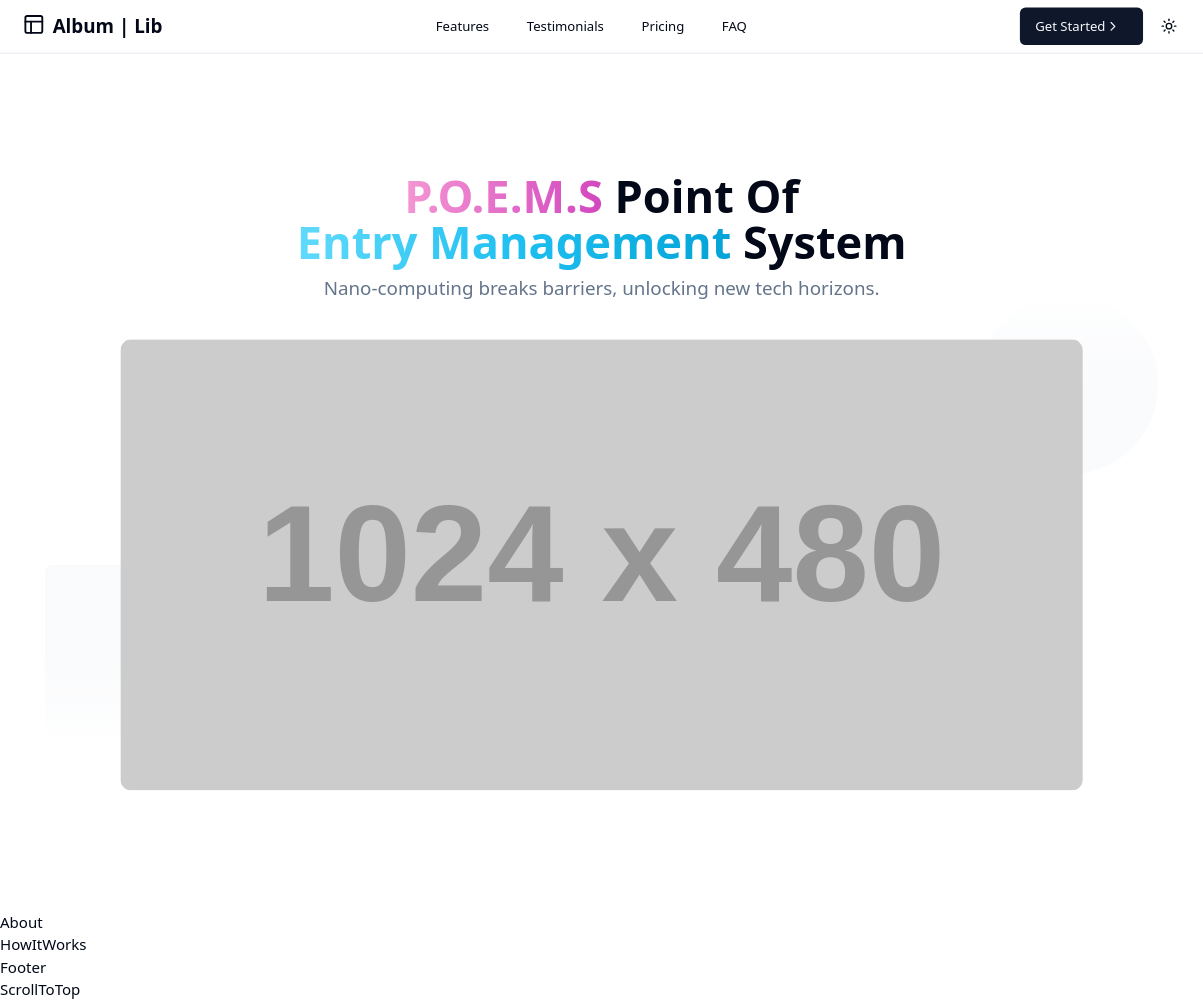
Repository: DevLaukey/savannah-informatics-test
Page: /
An editor plug-in stored every save of this project. The page is shown before and after the next save, followed by the edit.
The browser window is 1280 px wide. The pictures show the whole page, at 94% of full size.
The project was rebuilt for these pictures with package versions that can differ from the ones it lists, and the page was loaded fresh each time. The framework's server and built-in components were replaced by stand-ins that run in the browser. Also part of the build but not shown: next.config.mjs.

Above is the page before, as saved 2024-06-04 22:15:45.

### app/layout.jsx
import "./globals.css";
import { Inter as FontSans } from "next/font/google";

import { cn } from "@/lib/utils";
import { ThemeProvider } from "@/lib/theme-provider";

const fontSans = FontSans({
  subsets: ["latin"],
  variable: "--font-sans",
});

export default function RootLayout({ children }) {
  return (
    <html lang="en" suppressHydrationWarning>
      <head />
      <body
        className={cn(
          "min-h-screen bg-background font-sans antialiased",
          fontSans.variable
        )}
      >
        <ThemeProvider
          attribute="class"
          defaultTheme="system"
          enableSystem
          disableTransitionOnChange
        >
          {children}
        </ThemeProvider>
      </body>
    </html>
  );
}

### app/page.jsx
import Footer from "@/components/Footer";
import About from "@/components/landing-page/About";
import Hero from "@/components/landing-page/Hero";
import HowItWorks from "@/components/landing-page/HowItWorks";
import Navbar from "@/components/Navbar";
import ScrollToTop from "@/components/ScrollToTop";


// this is the landing page
export default function Home() {
  return (
    <>
      <Navbar />
      <Hero />
      <About />
      <HowItWorks />
      <Footer />
      <ScrollToTop />
    </>
  );
}

### components/landing-page/Hero.jsx

const Hero = () => {
  return (
    <>
      {/* Hero */}
      <div className="relative overflow-hidden py-24 lg:py-32">
        <div className="container">
          <div className="max-w-2xl text-center mx-auto">
            <main className="text-3xl md:text-5xl font-bold">
              <h1 className="inline-block">
                <span className="inline bg-gradient-to-r from-[#F596D3] to-[#D247BF] text-transparent bg-clip-text">
                  P.O.E.M.S
                </span>{" "}
                Point
              </h1>{" "}
              Of{" "}
              <h2 className="inline-block">
                <span className="inline bg-gradient-to-r from-[#61DAFB] via-[#1fc0f1] to-[#03a3d7] text-transparent bg-clip-text">
                  Entry Management
                </span>{" "}
                System
              </h2>
            </main>

            <p className="mt-3 text-xl text-muted-foreground">
              Nano-computing breaks barriers, unlocking new tech horizons.
            </p>
          </div>
          <div className="mt-10 relative max-w-5xl mx-auto">
            <img
              src="https://placehold.co/1024x480"
              className="rounded-xl"
              alt="Image Description"
            />
            <div className="absolute bottom-12 -start-20 -z-[1] w-48 h-48 bg-gradient-to-b from-primary-foreground via-primary-foreground to-background p-px rounded-lg">
              <div className="w-48 h-48 rounded-lg bg-background/10" />
            </div>
            <div className="absolute -top-12 -end-20 -z-[1] w-48 h-48 bg-gradient-to-t from-primary-foreground via-primary-foreground to-background p-px rounded-full">
              <div className="w-48 h-48 rounded-full bg-background/10" />
            </div>
          </div>
        </div>
      </div>
      {/* End Hero */}
    </>
  );
};

export default Hero;

### components/landing-page/HowItWorks.jsx
import React from 'react'

function HowItWorks() {
  return (
    <div>HowItWorks</div>
  )
}

export default HowItWorks

### components/Navbar.jsx
"use client";
import React, { useState } from "react";
import {
  NavigationMenu,
  NavigationMenuItem,
  NavigationMenuList,
} from "@/components/ui/navigation-menu";
import {
  Sheet,
  SheetContent,
  SheetHeader,
  SheetTitle,
  SheetTrigger,
} from "@/components/ui/sheet";
import { Button, buttonVariants } from "./ui/button";
import { ChevronRight, Menu } from "lucide-react";
import ModeToggle from "./mode-toggle";
import { LogoIcon } from "./Icons";

const routeList = [
  {
    href: "#features",
    label: "Features",
  },
  {
    href: "#testimonials",
    label: "Testimonials",
  },
  {
    href: "#pricing",
    label: "Pricing",
  },
  {
    href: "#faq",
    label: "FAQ",
  },
];

const Navbar = () => {
  const [isOpen, setIsOpen] = useState(false);
  return (
    <header className="sticky border-b-[1px] top-0 z-40 w-full bg-white dark:border-b-slate-700 dark:bg-background">
      <NavigationMenu className="mx-auto">
        <NavigationMenuList className="container h-14 px-4 w-screen flex justify-between">
          <NavigationMenuItem className="font-bold flex">
            <a
              rel="noreferrer noopener"
              href="/"
              className="ml-2 font-bold text-xl flex"
            >
              <LogoIcon />
              Album | Lib
            </a>
          </NavigationMenuItem>

          {/* mobile */}
          <span className="flex md:hidden">
            <ModeToggle />

            <Sheet open={isOpen} onOpenChange={setIsOpen}>
              <SheetTrigger className="px-2">
                <Menu
                  className="flex md:hidden h-5 w-5"
                  onClick={() => setIsOpen(true)}
                >
                  <span className="sr-only">Menu Icon</span>
                </Menu>
              </SheetTrigger>

              <SheetContent side={"left"}>
                <SheetHeader>
                  <SheetTitle className="font-bold text-xl">
                    Shadcn/React
                  </SheetTitle>
                </SheetHeader>
                <nav className="flex flex-col justify-center items-center gap-2 mt-4">
                  {routeList.map(({ href, label }) => (
                    <a
                      rel="noreferrer noopener"
                      key={label}
                      href={href}
                      onClick={() => setIsOpen(false)}
                      className={buttonVariants({ variant: "ghost" })}
                    >
                      {label}
                    </a>
                  ))}
                  <Button>
                    Get Started
                    <ChevronRight className="mr-2 h-4 w-4" />
                  </Button>
                </nav>
              </SheetContent>
            </Sheet>
          </span>

          {/* desktop */}
          <nav className="hidden md:flex gap-2">
            {routeList.map((route, i) => (
              <a
                rel="noreferrer noopener"
                href={route.href}
                key={i}
                className={`text-[17px] ${buttonVariants({
                  variant: "ghost",
                })}`}
              >
                {route.label}
              </a>
            ))}
          </nav>

          <div className="hidden md:flex gap-2">
            <Button>
              Get Started
              <ChevronRight className="mr-2 h-4 w-4" />
            </Button>
            <ModeToggle />
          </div>
        </NavigationMenuList>
      </NavigationMenu>
    </header>
  );
};
export default Navbar;

### components/ScrollToTop.jsx
import React from 'react'

function ScrollToTop() {
  return (
    <div>ScrollToTop</div>
  )
}

export default ScrollToTop

### components/ui/navigation-menu.jsx
import * as React from "react"
import * as NavigationMenuPrimitive from "@radix-ui/react-navigation-menu"
import { cva } from "class-variance-authority"
import { ChevronDown } from "lucide-react"

import { cn } from "@/lib/utils"

const NavigationMenu = React.forwardRef(({ className, children, ...props }, ref) => (
  <NavigationMenuPrimitive.Root
    ref={ref}
    className={cn(
      "relative z-10 flex max-w-max flex-1 items-center justify-center",
      className
    )}
    {...props}>
    {children}
    <NavigationMenuViewport />
  </NavigationMenuPrimitive.Root>
))
NavigationMenu.displayName = NavigationMenuPrimitive.Root.displayName

const NavigationMenuList = React.forwardRef(({ className, ...props }, ref) => (
  <NavigationMenuPrimitive.List
    ref={ref}
    className={cn(
      "group flex flex-1 list-none items-center justify-center space-x-1",
      className
    )}
    {...props} />
))
NavigationMenuList.displayName = NavigationMenuPrimitive.List.displayName

const NavigationMenuItem = NavigationMenuPrimitive.Item

const navigationMenuTriggerStyle = cva(
  "group inline-flex h-10 w-max items-center justify-center rounded-md bg-background px-4 py-2 text-sm font-medium transition-colors hover:bg-accent hover:text-accent-foreground focus:bg-accent focus:text-accent-foreground focus:outline-none disabled:pointer-events-none disabled:opacity-50 data-[active]:bg-accent/50 data-[state=open]:bg-accent/50"
)

const NavigationMenuTrigger = React.forwardRef(({ className, children, ...props }, ref) => (
  <NavigationMenuPrimitive.Trigger
    ref={ref}
    className={cn(navigationMenuTriggerStyle(), "group", className)}
    {...props}>
    {children}{" "}
    <ChevronDown
      className="relative top-[1px] ml-1 h-3 w-3 transition duration-200 group-data-[state=open]:rotate-180"
      aria-hidden="true" />
  </NavigationMenuPrimitive.Trigger>
))
NavigationMenuTrigger.displayName = NavigationMenuPrimitive.Trigger.displayName

const NavigationMenuContent = React.forwardRef(({ className, ...props }, ref) => (
  <NavigationMenuPrimitive.Content
    ref={ref}
    className={cn(
      "left-0 top-0 w-full data-[motion^=from-]:animate-in data-[motion^=to-]:animate-out data-[motion^=from-]:fade-in data-[motion^=to-]:fade-out data-[motion=from-end]:slide-in-from-right-52 data-[motion=from-start]:slide-in-from-left-52 data-[motion=to-end]:slide-out-to-right-52 data-[motion=to-start]:slide-out-to-left-52 md:absolute md:w-auto ",
      className
    )}
    {...props} />
))
NavigationMenuContent.displayName = NavigationMenuPrimitive.Content.displayName

const NavigationMenuLink = NavigationMenuPrimitive.Link

const NavigationMenuViewport = React.forwardRef(({ className, ...props }, ref) => (
  <div className={cn("absolute left-0 top-full flex justify-center")}>
    <NavigationMenuPrimitive.Viewport
      className={cn(
        "origin-top-center relative mt-1.5 h-[var(--radix-navigation-menu-viewport-height)] w-full overflow-hidden rounded-md border bg-popover text-popover-foreground shadow-lg data-[state=open]:animate-in data-[state=closed]:animate-out data-[state=closed]:zoom-out-95 data-[state=open]:zoom-in-90 md:w-[var(--radix-navigation-menu-viewport-width)]",
        className
      )}
      ref={ref}
      {...props} />
  </div>
))
NavigationMenuViewport.displayName =
  NavigationMenuPrimitive.Viewport.displayName

const NavigationMenuIndicator = React.forwardRef(({ className, ...props }, ref) => (
  <NavigationMenuPrimitive.Indicator
    ref={ref}
    className={cn(
      "top-full z-[1] flex h-1.5 items-end justify-center overflow-hidden data-[state=visible]:animate-in data-[state=hidden]:animate-out data-[state=hidden]:fade-out data-[state=visible]:fade-in",
      className
    )}
    {...props}>
    <div
      className="relative top-[60%] h-2 w-2 rotate-45 rounded-tl-sm bg-border shadow-md" />
  </NavigationMenuPrimitive.Indicator>
))
NavigationMenuIndicator.displayName =
  NavigationMenuPrimitive.Indicator.displayName

export {
  navigationMenuTriggerStyle,
  NavigationMenu,
  NavigationMenuList,
  NavigationMenuItem,
  NavigationMenuContent,
  NavigationMenuTrigger,
  NavigationMenuLink,
  NavigationMenuIndicator,
  NavigationMenuViewport,
}

### components/ui/sheet.jsx
"use client";
import * as React from "react"
import * as SheetPrimitive from "@radix-ui/react-dialog"
import { cva } from "class-variance-authority";
import { X } from "lucide-react"

import { cn } from "@/lib/utils"

const Sheet = SheetPrimitive.Root

const SheetTrigger = SheetPrimitive.Trigger

const SheetClose = SheetPrimitive.Close

const SheetPortal = SheetPrimitive.Portal

const SheetOverlay = React.forwardRef(({ className, ...props }, ref) => (
  <SheetPrimitive.Overlay
    className={cn(
      "fixed inset-0 z-50 bg-black/80  data-[state=open]:animate-in data-[state=closed]:animate-out data-[state=closed]:fade-out-0 data-[state=open]:fade-in-0",
      className
    )}
    {...props}
    ref={ref} />
))
SheetOverlay.displayName = SheetPrimitive.Overlay.displayName

const sheetVariants = cva(
  "fixed z-50 gap-4 bg-background p-6 shadow-lg transition ease-in-out data-[state=open]:animate-in data-[state=closed]:animate-out data-[state=closed]:duration-300 data-[state=open]:duration-500",
  {
    variants: {
      side: {
        top: "inset-x-0 top-0 border-b data-[state=closed]:slide-out-to-top data-[state=open]:slide-in-from-top",
        bottom:
          "inset-x-0 bottom-0 border-t data-[state=closed]:slide-out-to-bottom data-[state=open]:slide-in-from-bottom",
        left: "inset-y-0 left-0 h-full w-3/4 border-r data-[state=closed]:slide-out-to-left data-[state=open]:slide-in-from-left sm:max-w-sm",
        right:
          "inset-y-0 right-0 h-full w-3/4  border-l data-[state=closed]:slide-out-to-right data-[state=open]:slide-in-from-right sm:max-w-sm",
      },
    },
    defaultVariants: {
      side: "right",
    },
  }
)

const SheetContent = React.forwardRef(({ side = "right", className, children, ...props }, ref) => (
  <SheetPortal>
    <SheetOverlay />
    <SheetPrimitive.Content ref={ref} className={cn(sheetVariants({ side }), className)} {...props}>
      {children}
      <SheetPrimitive.Close
        className="absolute right-4 top-4 rounded-sm opacity-70 ring-offset-background transition-opacity hover:opacity-100 focus:outline-none focus:ring-2 focus:ring-ring focus:ring-offset-2 disabled:pointer-events-none data-[state=open]:bg-secondary">
        <X className="h-4 w-4" />
        <span className="sr-only">Close</span>
      </SheetPrimitive.Close>
    </SheetPrimitive.Content>
  </SheetPortal>
))
SheetContent.displayName = SheetPrimitive.Content.displayName

const SheetHeader = ({
  className,
  ...props
}) => (
  <div
    className={cn("flex flex-col space-y-2 text-center sm:text-left", className)}
    {...props} />
)
SheetHeader.displayName = "SheetHeader"

const SheetFooter = ({
  className,
  ...props
}) => (
  <div
    className={cn("flex flex-col-reverse sm:flex-row sm:justify-end sm:space-x-2", className)}
    {...props} />
)
SheetFooter.displayName = "SheetFooter"

const SheetTitle = React.forwardRef(({ className, ...props }, ref) => (
  <SheetPrimitive.Title
    ref={ref}
    className={cn("text-lg font-semibold text-foreground", className)}
    {...props} />
))
SheetTitle.displayName = SheetPrimitive.Title.displayName

const SheetDescription = React.forwardRef(({ className, ...props }, ref) => (
  <SheetPrimitive.Description
    ref={ref}
    className={cn("text-sm text-muted-foreground", className)}
    {...props} />
))
SheetDescription.displayName = SheetPrimitive.Description.displayName

export {
  Sheet,
  SheetPortal,
  SheetOverlay,
  SheetTrigger,
  SheetClose,
  SheetContent,
  SheetHeader,
  SheetFooter,
  SheetTitle,
  SheetDescription,
}

### components/ui/button.jsx
import * as React from "react"
import { Slot } from "@radix-ui/react-slot"
import { cva } from "class-variance-authority";

import { cn } from "@/lib/utils"

const buttonVariants = cva(
  "inline-flex items-center justify-center whitespace-nowrap rounded-md text-sm font-medium ring-offset-background transition-colors focus-visible:outline-none focus-visible:ring-2 focus-visible:ring-ring focus-visible:ring-offset-2 disabled:pointer-events-none disabled:opacity-50",
  {
    variants: {
      variant: {
        default: "bg-primary text-primary-foreground hover:bg-primary/90",
        destructive:
          "bg-destructive text-destructive-foreground hover:bg-destructive/90",
        outline:
          "border border-input bg-background hover:bg-accent hover:text-accent-foreground",
        secondary:
          "bg-secondary text-secondary-foreground hover:bg-secondary/80",
        ghost: "hover:bg-accent hover:text-accent-foreground",
        link: "text-primary underline-offset-4 hover:underline",
      },
      size: {
        default: "h-10 px-4 py-2",
        sm: "h-9 rounded-md px-3",
        lg: "h-11 rounded-md px-8",
        icon: "h-10 w-10",
      },
    },
    defaultVariants: {
      variant: "default",
      size: "default",
    },
  }
)

const Button = React.forwardRef(({ className, variant, size, asChild = false, ...props }, ref) => {
  const Comp = asChild ? Slot : "button"
  return (
    (<Comp
      className={cn(buttonVariants({ variant, size, className }))}
      ref={ref}
      {...props} />)
  );
})
Button.displayName = "Button"

export { Button, buttonVariants }

### components/mode-toggle.jsx
import React from "react";
import { Button } from "@/components/ui/button";
import {
  DropdownMenu,
  DropdownMenuContent,
  DropdownMenuItem,
  DropdownMenuTrigger,
} from "@/components/ui/dropdown-menu";
import { useTheme } from "@/lib/theme-provider";
import { Moon, Sun } from "lucide-react";

export default function ModeToggle() {
  const { setTheme } = useTheme();

  return (
    <DropdownMenu>
      <DropdownMenuTrigger asChild>
        <Button variant="ghost" size="icon" className="ghost">
          <Sun className="h-[1.1rem] w-[1.2rem] rotate-0 scale-100 transition-all dark:-rotate-90 dark:scale-0" />
          <Moon className="absolute h-[1.1rem] w-[1.2rem] rotate-90 scale-0 transition-all dark:rotate-0 dark:scale-100" />
          <span className="sr-only">Toggle theme</span>
        </Button>
      </DropdownMenuTrigger>
      <DropdownMenuContent align="end">
        <DropdownMenuItem onClick={() => setTheme("light")}>
          Light
        </DropdownMenuItem>
        <DropdownMenuItem onClick={() => setTheme("dark")}>
          Dark
        </DropdownMenuItem>
        <DropdownMenuItem onClick={() => setTheme("system")}>
          System
        </DropdownMenuItem>
      </DropdownMenuContent>
    </DropdownMenu>
  );
}

### components/Icons.jsx
export const LogoIcon = () => {
  return (
    <svg
      xmlns="http://www.w3.org/2000/svg"
      viewBox="0 0 24 24"
      fill="none"
      stroke="currentColor"
      strokeWidth="2"
      strokeLinecap="round"
      strokeLinejoin="round"
      className="lucide lucide-panels-top-left mr-2 w-6 h-6"
    >
      <rect width="18" height="18" x="3" y="3" rx="2" />
      <path d="M3 9h18" />
      <path d="M9 21V9" />
    </svg>
  );
};

Loaded but not shown: app/globals.css (common file); lib/utils.js (common file); components/Footer.jsx (common file); components/landing-page/About.jsx (common file); tailwind.config.js (82 lines, source omitted); lib/theme-provider.js (60 lines, source omitted); components/ui/dropdown-menu.jsx (157 lines, source omitted)

After the next save:
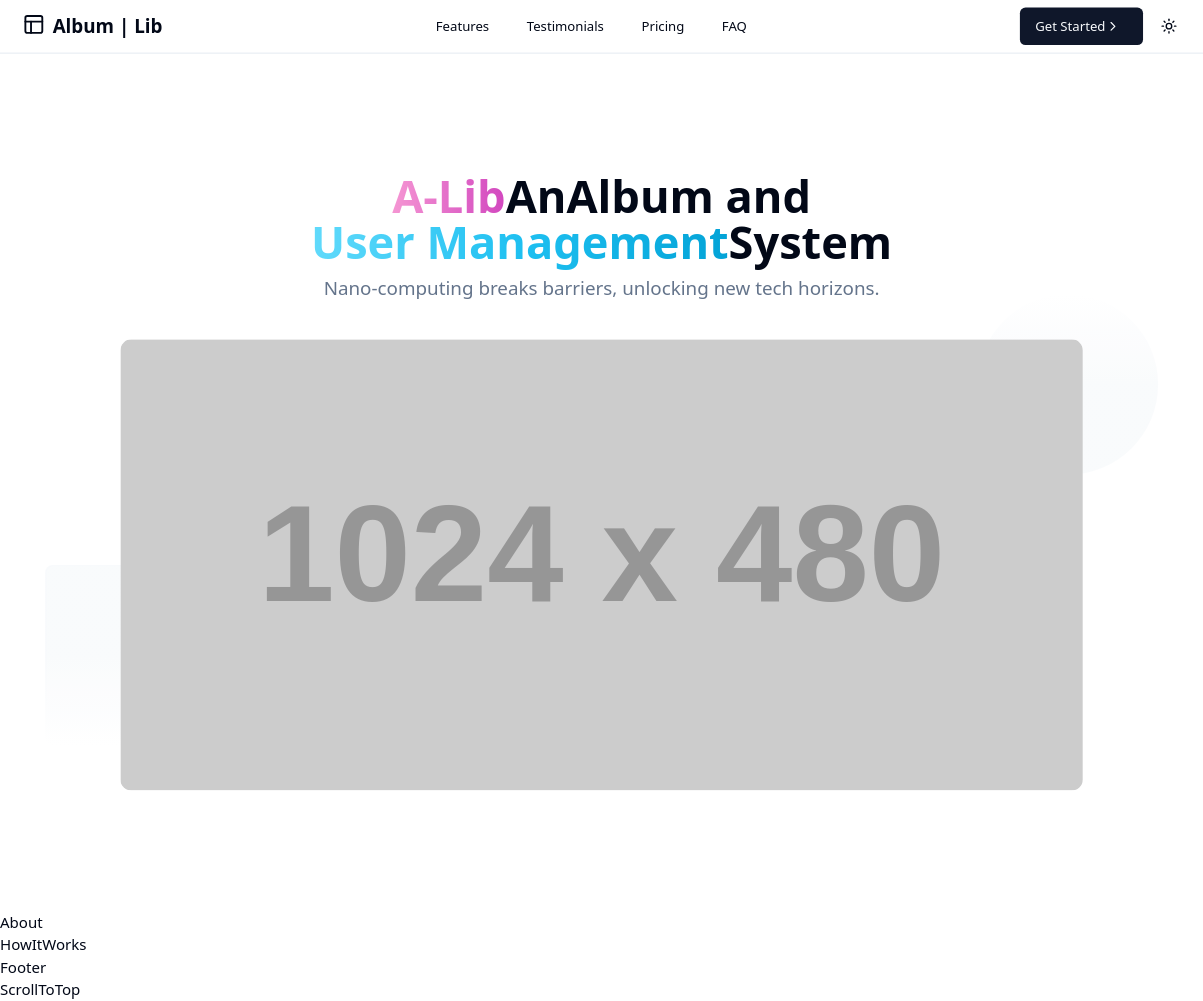
Saved 36 s later.
--- a/components/landing-page/Hero.jsx
+++ b/components/landing-page/Hero.jsx
@@ -9,15 +9,15 @@ const Hero = () => {
             <main className="text-3xl md:text-5xl font-bold">
               <h1 className="inline-block">
                 <span className="inline bg-gradient-to-r from-[#F596D3] to-[#D247BF] text-transparent bg-clip-text">
-                  P.O.E.M.S
-                </span>{" "}
-                Point
-              </h1>{" "}
-              Of{" "}
+                  A-Lib
+                </span>
+                An
+              </h1>
+              Album and
               <h2 className="inline-block">
                 <span className="inline bg-gradient-to-r from-[#61DAFB] via-[#1fc0f1] to-[#03a3d7] text-transparent bg-clip-text">
-                  Entry Management
-                </span>{" "}
+                  User Management
+                </span>
                 System
               </h2>
             </main>
